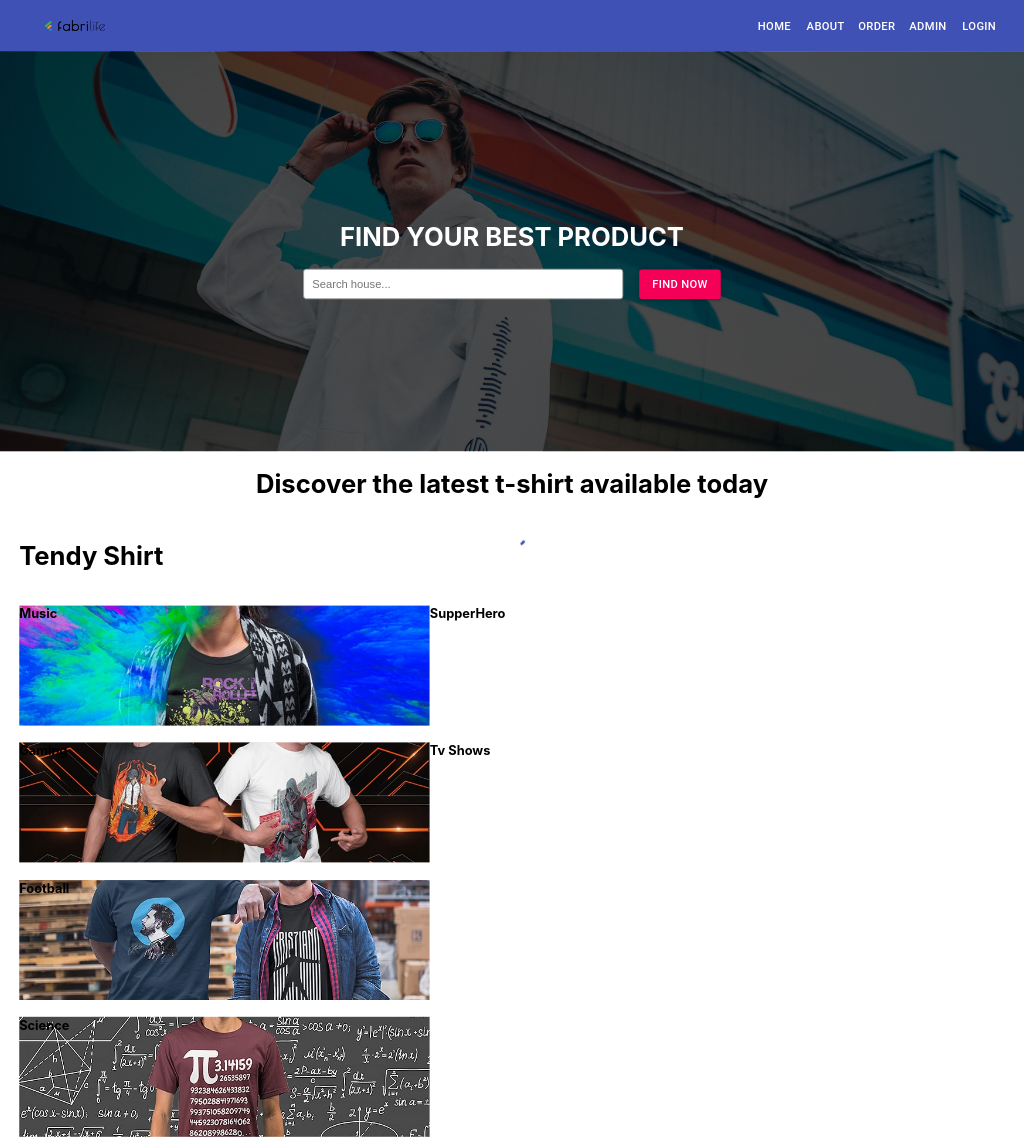
Repository: arif286/fabrilife-E-commerce-client-site
Page: /
An editor plug-in stored every save of this project. The page is shown before and after the next save, followed by the edit.
The browser window is 1280 px wide. The pictures show the whole page, at 80% of full size.
The page's requests for data from a server got no answer. The project was rebuilt for these pictures with package versions that can differ from the ones it lists, and the page was loaded fresh each time. No one was signed in, and anything a server would have sent is missing. Also part of the build but not shown: src/components/Admin/Admin.css, src/components/Admin/AddEvent/AddEvent.css, src/components/Admin/AddEvent/AddEvent.js, src/components/Admin/ProductManage/ProductManage.js, src/components/Admin/Sidebar/Sidebar.css, src/components/Admin/Sidebar/Sidebar.js, src/components/Admin/Admin.js, src/components/CheckOut/CheckOut.css and 8 more.

Above is the page before, as saved 2021-04-01 01:26:49.

### src/App.js
import React, { createContext, useState } from "react";
import { BrowserRouter as Router, Route, Switch } from "react-router-dom";
import Admin from "./components/Admin/Admin";
import CheckOut from "./components/CheckOut/CheckOut";
import Header from "./components/Header/Header";
import Home from "./components/Home/Home";
import Login from "./components/Login/Login";
import NoMatch from "./components/NoMatch/NoMatch";
import Order from "./components/Order/Order";
import PrivateRoute from "./components/PrivateRoute/PrivateRoute";

export const UserContext = createContext()

function App() {
  const [loggedInUser, setLoggedInUser] = useState({});
  return (
    <UserContext.Provider value={[loggedInUser, setLoggedInUser]}>
      <Router>
        <Header />
        <Switch>
          <Route path="/home">
            <Home />
          </Route>
          <PrivateRoute path="/admin">
            <Admin/>
          </PrivateRoute>
          <PrivateRoute path="/productDetails/:id">
            <CheckOut />
          </PrivateRoute>
          <PrivateRoute path='/order'>
            <Order/>
          </PrivateRoute>
          <Route path="/login">
            <Login />
          </Route>
          <Route exact path="/">
            <Home />
          </Route>
          <Route path="*">
            <NoMatch />
          </Route>
        </Switch>
      </Router>
    </UserContext.Provider>
  );
}

export default App;

### src/components/Header/Header.js
import AppBar from "@material-ui/core/AppBar";
import Button from "@material-ui/core/Button";
import { makeStyles } from "@material-ui/core/styles";
import Toolbar from "@material-ui/core/Toolbar";
import Typography from "@material-ui/core/Typography";
import React from "react";
import { NavLink } from "react-router-dom";
import logo from "../../tshirt-shop/logos/fabrilife.svg";
import "./Header.css";

const useStyles = makeStyles((theme) => ({
  root: {
    flexGrow: 1,
  },
  menuButton: {
    marginRight: theme.spacing(2),
  },
  title: {
    flexGrow: 1,
  },
}));

const Header = () => {
  const classes = useStyles();

  return (
    <div className={classes.root}>
      <AppBar position="static">
        <Toolbar>
          <img
            style={{ width: "80px", marginLeft: "30px" }}
            src={logo}
            alt=""
          />
          {/* <IconButton
              edge="start"
              className={classes.menuButton}
              color="inherit"
              aria-label="menu"
            >
              <MenuIcon />
            </IconButton> */}
          <Typography variant="h6" className={classes.title}></Typography>
          <NavLink className="header-link" to="/home">
            <Button color="inherit">Home</Button>
          </NavLink>
          <NavLink className="header-link" to="/home">
            <Button color="inherit">About</Button>
          </NavLink>
          <NavLink className="header-link" to="/order">
            <Button color="inherit">Order</Button>
          </NavLink>
          <NavLink className="header-link" to="/admin">
            <Button color="inherit">Admin</Button>
          </NavLink>
          <NavLink className="header-link" to="/login">
            <Button color="inherit">Login</Button>
          </NavLink>
        </Toolbar>
      </AppBar>
    </div>
  );
};

export default Header;

### src/components/Home/Home.js
import React from 'react';
import LatestProduct from '../LatestProduct/LatestProduct';
import SearchBar from '../SearchBar/SearchBar';
import Shop from '../Shop/Shop';

const Home = () => {
    return (
        <>
            <SearchBar/>
            <Shop />
            <LatestProduct/>
        </>
    );
};

export default Home;

### src/components/Header/Header.css
.header-link {
  text-decoration: none;
  color: white;
}

### src/components/LatestProduct/LatestProduct.js
import { Container, Grid } from '@material-ui/core';
import React from 'react';
import './LatestProduct.css';

const LatestProduct = () => {
    return (
      <Container>
        <h1>Tendy Shirt</h1>
        <Grid container>
          <Grid item md={5} sm={12}>
            <div className="music latest-product">
              <h4>Music</h4>
            </div>
            <div className="gaming latest-product">
              <h4>Gaming</h4>
            </div>
            <div className="football latest-product">
              <h4>Football</h4>
            </div>
            <div className="science latest-product">
              <h4>Science</h4>
            </div>
          </Grid>
          <Grid item sm={12} md={7}>
            <div className="supperHero latest-product">
              <h4>SupperHero</h4>
            </div>
            <div className="shows latest-product">
              <h4>Tv Shows</h4>
            </div>
          </Grid>
        </Grid>
      </Container>
    );
};

export default LatestProduct;

### src/components/SearchBar/SearchBar.js
import { Button } from "@material-ui/core";
import React from "react";
import "./SearchBar.css";

const SearchBar = () => {
  return (
    <div className="bgImage">
      <div className="search-bar">
        <h1>Find your best product</h1>
        <div className="search-bar">
          <input placeholder="Search house..." type="text" />
          <Button color="secondary" variant="contained">
            Find Now
          </Button>
        </div>
      </div>
    </div>
  );
};

export default SearchBar;

### src/components/Shop/Shop.js
import { Container, Grid } from "@material-ui/core";
import CircularProgress from "@material-ui/core/CircularProgress";
import axios from "axios";
import React, { useEffect, useState } from "react";
import ShopCard from "./ShopCard/ShopCard";

const Shop = () => {
     const [event, setEvent] = useState([]);

     useEffect(() => {
       axios
         .get("http://localhost:5000/event")
         .then((res) => setEvent(res.data))
         .catch((error) => console.log(error));
     }, []);

    return (
      <div>
        <Container>
          <Grid container direction="column" alignItems="center">
            <h1> Discover the latest t-shirt available today</h1>
            {event.length === 0 && <CircularProgress />}
          </Grid>
          <Grid container spacing={4}>
            {event.map((product, index) => (
              <Grid item xs={12} sm={6} md={4}>
                <ShopCard product={product} key={index} />
              </Grid>
            ))}
          </Grid>
        </Container>
      </div>
    );
};

export default Shop;

### src/components/LatestProduct/LatestProduct.css
.music {
  background-image: url("../../tshirt-shop/images/music-min.jpg");
}
.latest-product {
  background-repeat: no-repeat;
  background-size: cover;
  height: 150px;
}
.gaming {
  background-image: url("../../tshirt-shop//images/gaming-min.jpg");
}
.football {
  background-image: url("../../tshirt-shop/images/football-min.jpg");
}
.science {
  background-image: url("../../tshirt-shop/images/science-min.jpg");
}

### src/components/SearchBar/SearchBar.css
.bgImage {
  background-image: linear-gradient(#000000b3, #000000b3),
    url("../../tshirt-shop/images/websiteheader2.png") !important;
  background-repeat: no-repeat;
  background-size: cover;
  min-height: 500px;
  width: 100%;
  display: flex;
  justify-content: center;
  align-items: center;
}
.search-bar h1 {
  color: white;
  text-transform: uppercase;
}
.search-bar input {
  min-width: 400px;
  display: inline-block;
  box-sizing: border-box;
  padding: 10px;
  border-radius: 4px;
  font-size: 14px;
  border: 1px solid #999999;
  outline: none;
  margin-right: 20px;
}
.search-bar {
  text-align: center;
}

Loaded but not shown: public/index.html (common file); src/index.js (common file); src/index.css (common file); src/reportWebVitals.js (common file); src/components/Shop/ShopCard/ShopCard.css (no stored copy; drawn as an empty file)

After the next save:
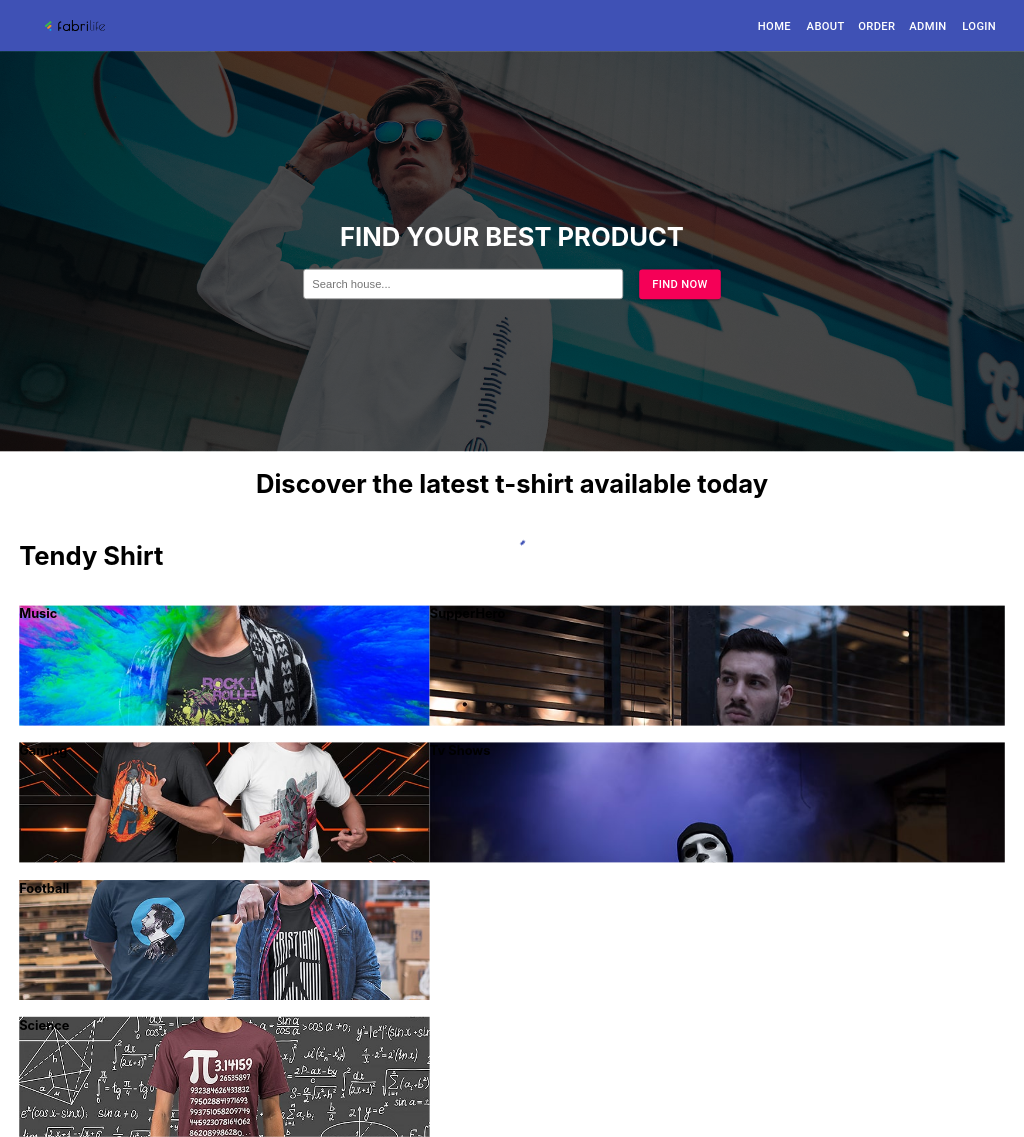
Saved 103 s later.
--- a/src/components/LatestProduct/LatestProduct.css
+++ b/src/components/LatestProduct/LatestProduct.css
@@ -15,3 +15,9 @@
 .science {
   background-image: url("../../tshirt-shop/images/science-min.jpg");
 }
+.supperHero {
+  background-image: url("../../tshirt-shop/images/superhero-min.jpg");
+}
+.shows {
+  background-image: url("../../tshirt-shop/images/tv-min.jpg");
+}
